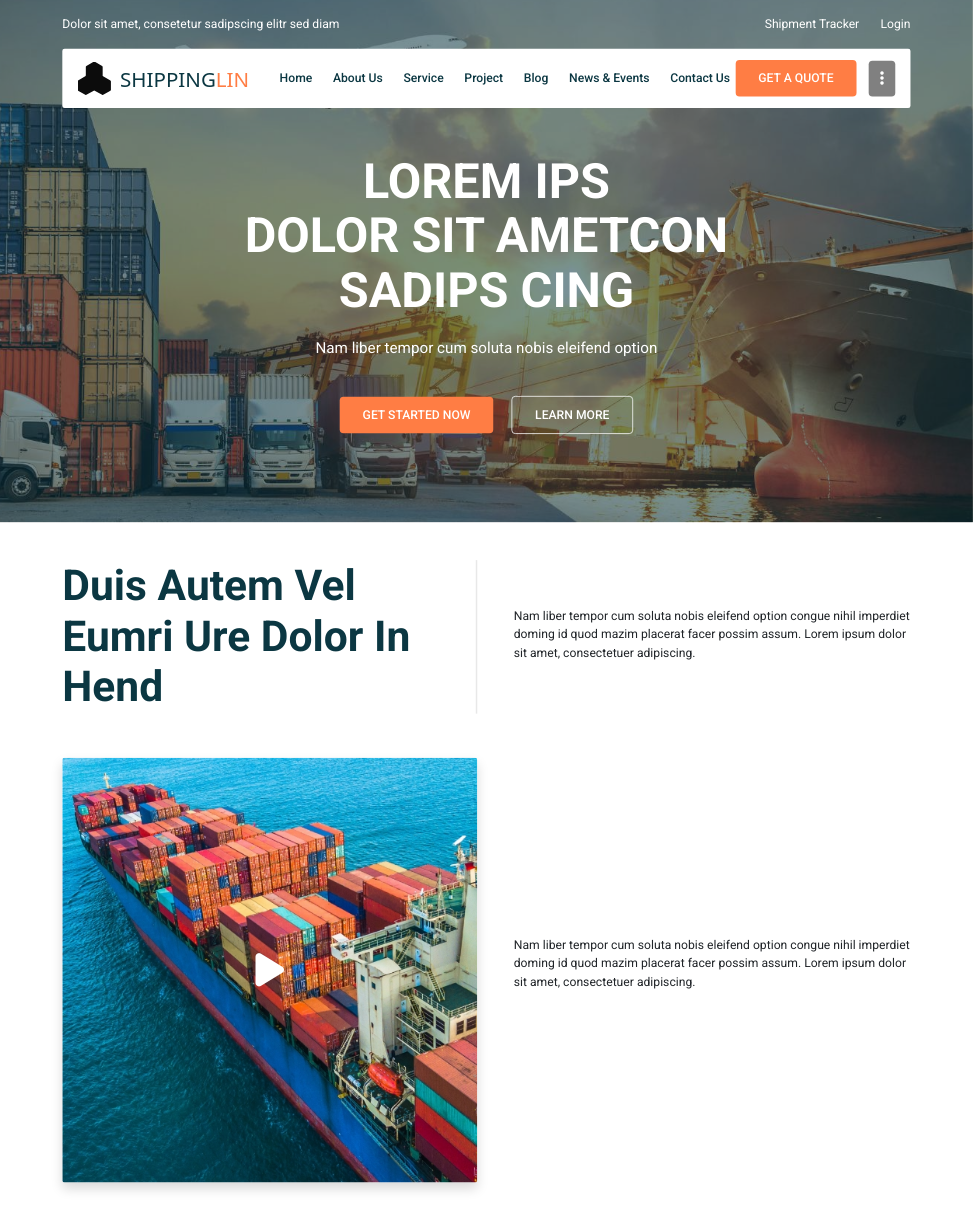
Repository: nazmulalok/shipping-template
Page: index.html
An editor plug-in stored every save of this project. The page is shown before and after the next save, followed by the edit.
The browser window is 1280 px wide. The pictures show the whole page, at 76% of full size.

Above is the page before, as saved 2022-10-03 17:29:55.

After the next save:
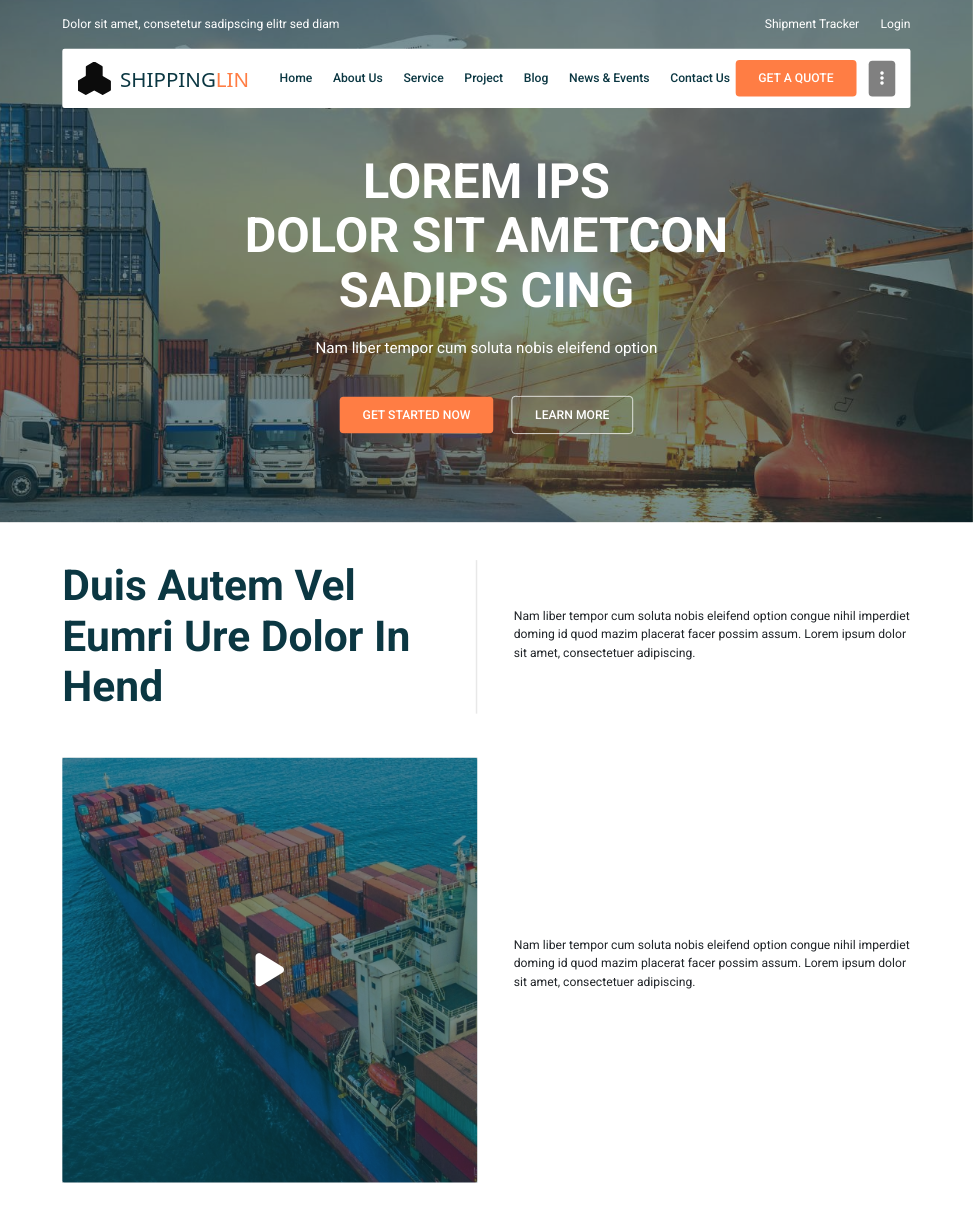
Saved 11 s later.
--- a/index.html
+++ b/index.html
@@ -85,7 +85,7 @@
                 </div>
                 <div class="row align-items-center mt-5">
                     <div class="col-lg-6">
-                        <div class="video-box img-box shadow">
+                        <div class="video-box img-box img-shadow">
                             <img src="images/ship-products.jpg" alt="Ship Products" />
                             <a data-fancybox="" href="" class="video-btn">
                                 <i class="fa fa-play"></i>
